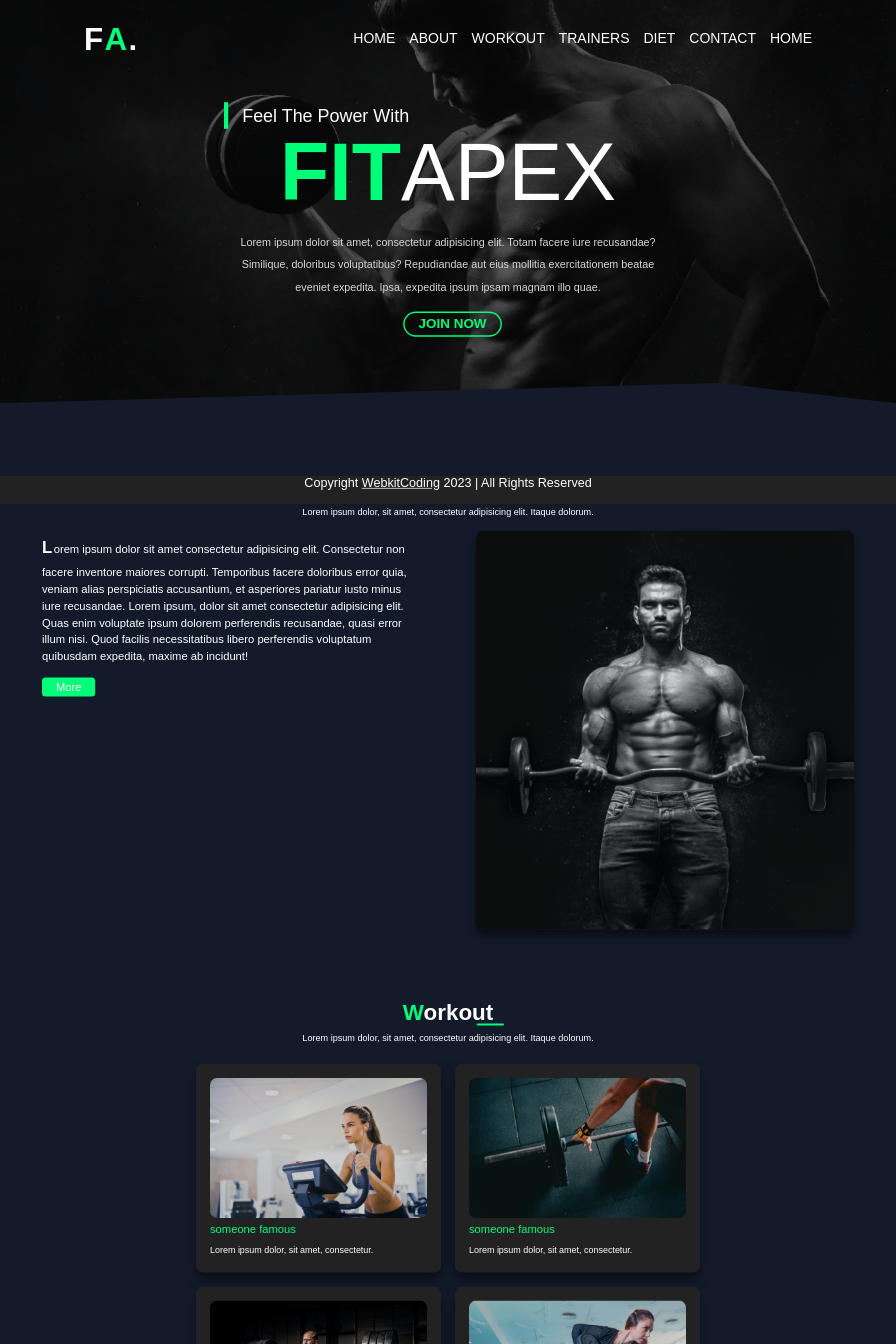
Repository: guilhermecardoso93/fitapex
Page: index.html
An editor plug-in stored every save of this project. The page is shown before and after the next save, followed by the edit.
The browser window is 1280 px wide. The pictures show the part of the page from y = 0 to 1920 px (the page is 7266 px tall), at 70% of full size.

Above is the page before, as saved 2023-03-07 22:58:16.

After the next save:
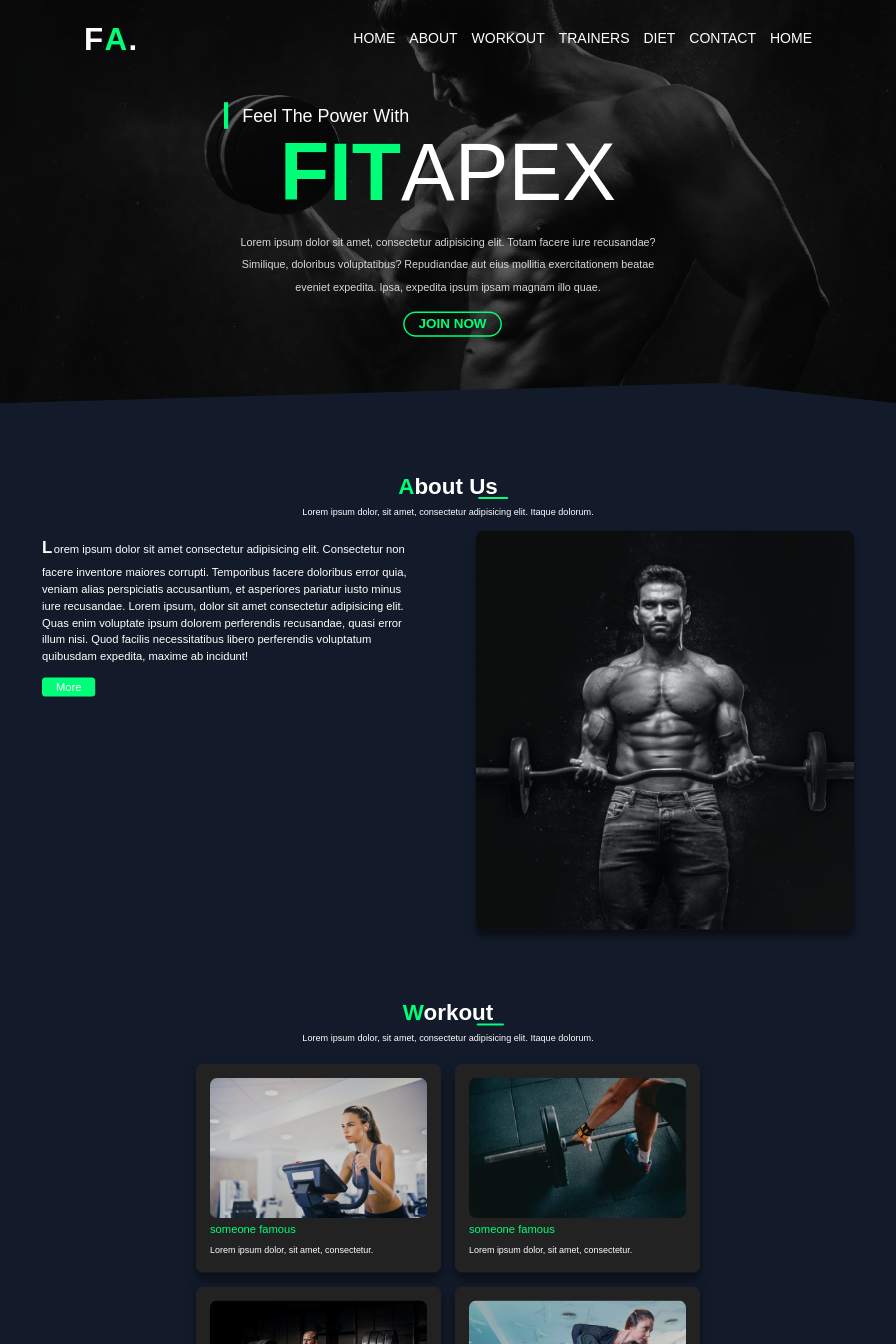
Saved 51 s later.
--- a/index.html
+++ b/index.html
@@ -375,10 +375,11 @@
           <div class="bgimg">
           </div>
         </div>
-      </section>
-
-      <section class="copyright">
-        copyright <a href="#">WebkitCoding</a> 2023 | All Rights Reserved
-      </section>
+        <section class="copyright">
+          copyright <a href="#">WebkitCoding</a> 2023 | All Rights Reserved
+        </section>
+      </section>
+
+
     </body>
   </html>
